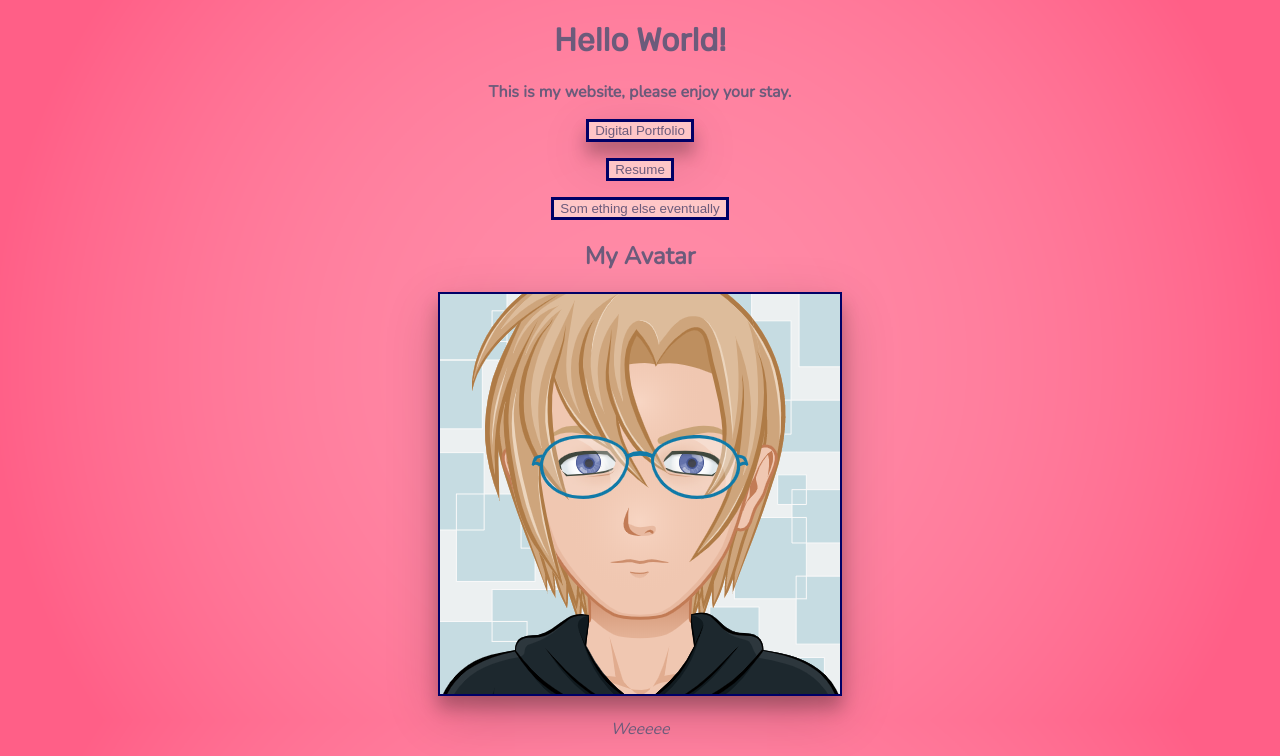
Repository: Ivyeomnky/Ivyeomnky.github.io
Page: index.html
The author's editor kept a record of every edit. The page is drawn from the files as they stood at one moment, then again after the next edit.
The browser window is 1280 px wide. The pictures show the whole page.
The pointer rests on the first visible `button`.
Backgrounds fixed to the window are drawn as part of the page.

Above is the page before.

After the next edit:
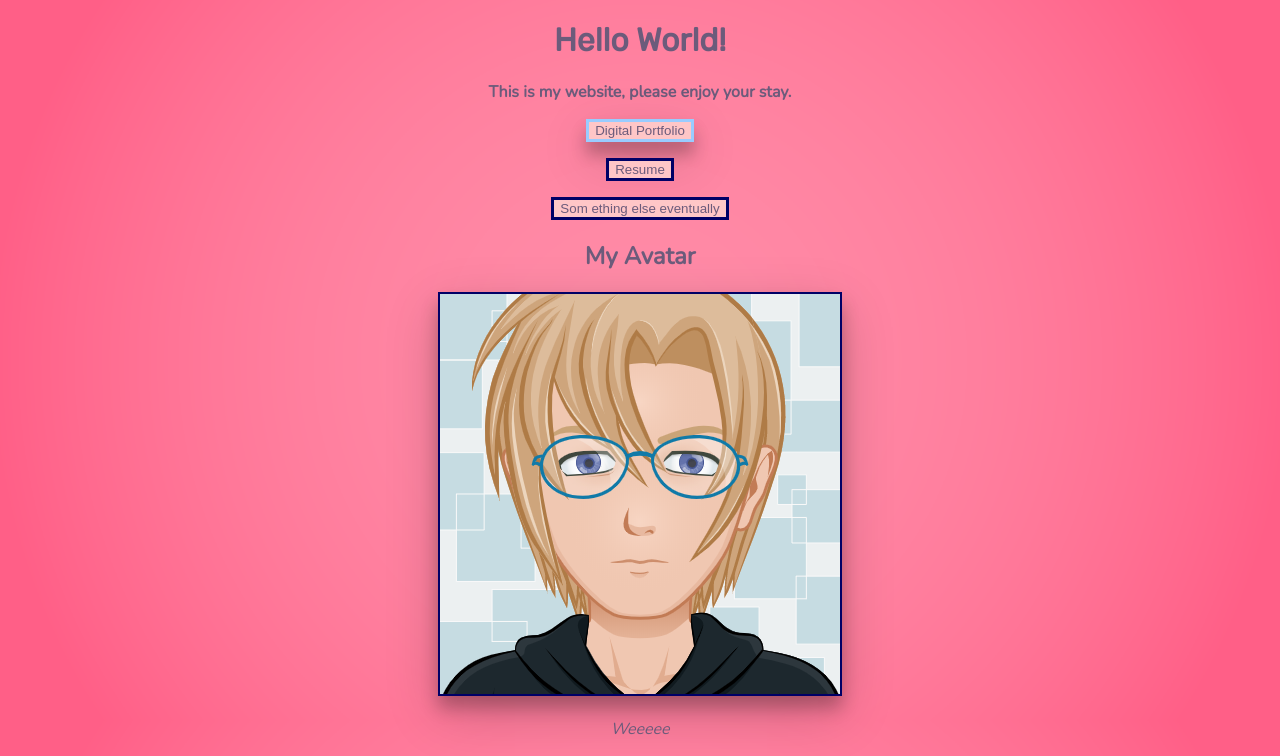
The edit:
--- a/css.css
+++ b/css.css
@@ -17,7 +17,7 @@
 }
 button:hover{
   background-color: #ffc6c7;
-  border: 3px solid #000066;
+  border: 3px solid #99ccff;
   color: #6c5b7b;
   opacity:100;
   box-shadow:0 12px 16px 0 rgba(0,0,0,0.24), 0 17px 50px 0 rgba(0,0,0,0.19);
